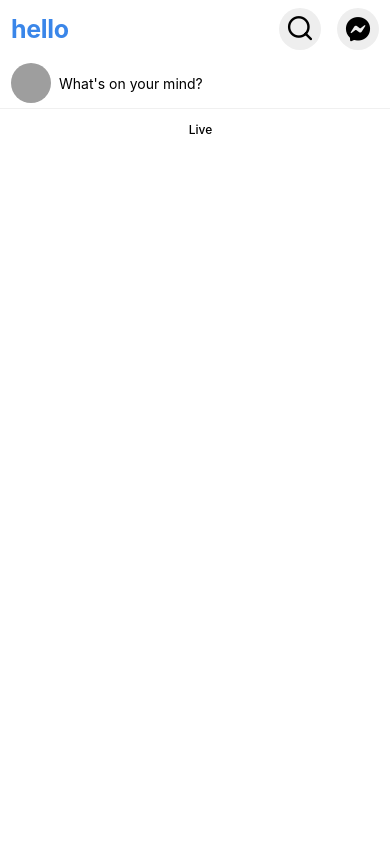
Repository: arafat877/React-Native-Facebook-Clone
Screen: /
The author's editor kept a copy of each file at every save. The screen is drawn from the files as they stood at one save, then again after the next save.
Pictures or frames that could not be fetched are drawn as grey boxes. The app was drawn by React Native's web renderer in a window 390 px wide. The project was rebuilt for these pictures with package versions that can differ from the ones it lists, and the page was loaded fresh each time.

Above is the screen before, as saved 2020-10-03 21:21:51.

After the next save:
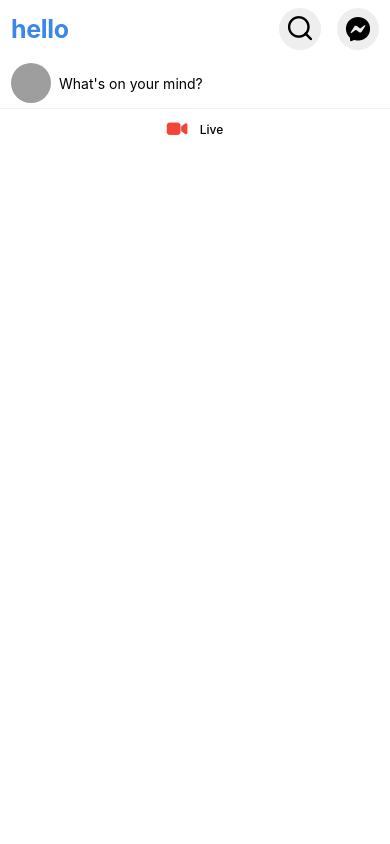
Saved 118 s later.
--- a/components/ToolBar.js
+++ b/components/ToolBar.js
@@ -1,6 +1,7 @@
 import React from "react";
 import styled from "styled-components/native";
 import Avatar from "./Avatar";
+import { Ionicons } from "@expo/vector-icons";
 
 const Container = styled.View`
   width: 100%;
@@ -50,6 +51,7 @@
       </Row>
       <Divider />
       <Menu>
+        <Ionicons name="ios-videocam" size={22} color="#F44337" />
         <MenuText>Live</MenuText>
       </Menu>
     </Container>
